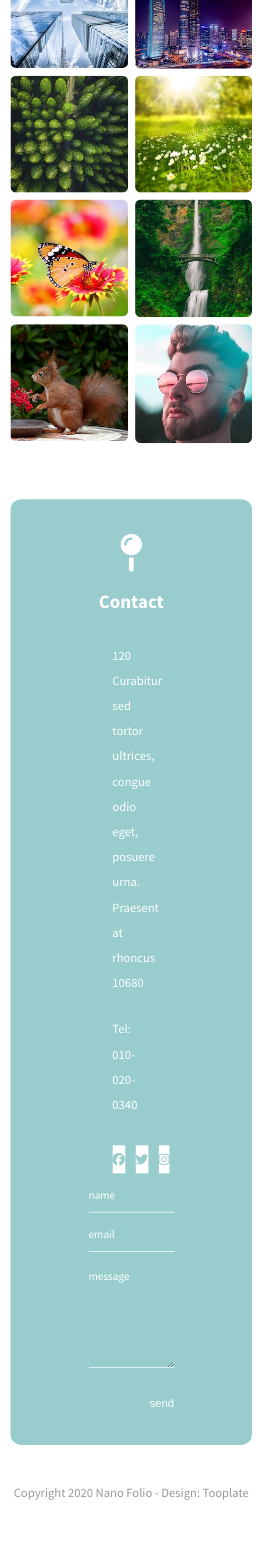
Repository: BuiVanVu102/Tooplate
Page: index.html
These files come from the project's save history. The page is drawn as it stood at one moment and after the next save; the edit follows.
The browser window is 375 px wide. The pictures show the part of the page from y = 1973 to 4213 px (the page is 4183 px tall before and 4213 px after), at 70% of full size.
Some web libraries are served in a nearby version. The style sheet was rebuilt from its Sass, Less or Tailwind sources for each picture, by a compiler version that may differ from the author's.

Above is the page before, as saved 2021-11-17 13:34:52.

### index.html
<!DOCTYPE html>
<html lang="en">
<head>
	<meta charset="UTF-8">
	<meta http-equiv="X-UA-Compatible" content="IE=edge">
	<meta name="viewport" content="width=device-width, initial-scale=1.0">
	<link rel="preconnect" href="https://fonts.googleapis.com">
	<link rel="preconnect" href="https://fonts.gstatic.com" crossorigin>
	<link href="https://fonts.googleapis.com/css2?family=Source+Sans+Pro:wght@400;700&display=swap" rel="stylesheet">
	<link rel="stylesheet" href="./css/app.css">
	<title>Nano Folio - Live View</title>
</head>
<body>
		<div class="wrapper">
			<main>
				<section class="first">
					<div class="container">
						<div class="first__container">
							<i class="fas fa-heart fa-3x"></i>
							<h1 class="first__name">Nano Folio</h1>
						</div>
					</div>
				</section>
				<section class="about">
					<div class="container">
						<div class="about__container">
							<div class="about__heading">
								<i class="fas fa-users fa-2x"></i>
								<h2 class="about__name">
									About Us
								</h2>
							</div>
							<div class="about__desc">
								<p class="about__typography1">
									Nano Folio is simple HTML template with a minimal very light-weight custom CSS file. Max content width is 940 pixels. You can easily change the width or any part in this template. Gallery comes with a pop-up image and simple categories.
								</p>
								<p class="about__typography2">
									Please support Tooplate website by telling your friends about it. That is going to be very helpful for us. Feel free to <a rel="nofollow" href="https://www.tooplate.com/contact" target="_blank" style="color: #99FF66;">message us</a>  via email or live chat if you have anything to say.
								</p>
							</div>
						</div>
					</div>
				</section>
				<section class="show">
					<div class="container">
						<div class="show__container">
							<div class="show__header">
								<ul class="menu">
									<li class="menu__item"><a href="#!">City</a></li>
									<li class="menu__item"><a href="#!">Nature</a></li>
									<li class="menu__item"><a href="#!">Portraits</a></li>
									<li class="menu__item"><a href="#!">Show All</a></li>
								</ul>
							</div>
							<div class="show__list">
								<div class="show__img">
									<img src="./images/city-1.jpg" alt="">
								</div>
								<div class="show__img">
									<img src="./images/human-1.jpg" alt="">
								</div>
								<div class="show__img">
									<img src="./images/city-2.jpg" alt="">
								</div>
								<div class="show__img">
									<img src="./images/nature-1.jpg" alt="">
								</div>
								<div class="show__img">
									<img src="./images/city-3.jpg" alt="">
								</div>
								<div class="show__img">
									<img src="./images/city-4.jpg" alt="">
								</div>
								<div class="show__img">
									<img src="./images/nature-2.jpg" alt="">
								</div>
								<div class="show__img">
									<img src="./images/nature-3.jpg" alt="">
								</div>
								<div class="show__img">
									<img src="./images/nature-4.jpg" alt="">
								</div>
								<div class="show__img">
									<img src="./images/nature-5.jpg" alt="">
								</div>
								<div class="show__img">
									<img src="./images/nature-6.jpg" alt="">
								</div>
								<div class="show__img">
									<img src="./images/human-2.jpg" alt="">
								</div>

							</div>
						</div>
					</div>
				</section>
				<section class="form">
					<div class="container">
						<div class="form__container">
							<div class="form__submit">
								<input type="text" name="" id="" placeholder="name">
								<input type="email" name="" id="" placeholder="email">
								<textarea name="" id="" cols="30" rows="10" placeholder="message"></textarea>
								<button type="submit">send</button>
							</div>
							<div class="form__info">
								<address class="form__adress">120 Curabitur sed tortor ultrices, congue odio eget, posuere urna. Praesent at rhoncus 10680</address>
								<div class="form__phone">
									Tel: <a href="tel:0100200340" class="form__phone-link">010-020-0340</a>
								</div>
								<div class="form__network">
									<a href="https://facebook.com"><i class="fab fa-facebook"></i></a>
									<a href="https://twitter.com"><i class="fab fa-twitter"></i></a>
									<a href="https://instagram.com"><i class="fab fa-instagram"></i></a>

								</div>
							</div>
							<div class="form__contact">
								<i class="fas fa-map-pin fa-3x"></i>
								<h2 class="form__contact-text">
									Contact
								</h2>
							</div>
						</div>
					</div>
				</section>
			</main>
			<footer class="footer">
				<div class="container">
					<div class="footer__container">

					Copyright 2020 Nano Folio - Design: <a rel="sponsored" href="https://www.tooplate.com" class="footer__link">Tooplate</a>
					</div>
				</div>
			</footer>
		</div>
		<script src="https://kit.fontawesome.com/33b4a28a88.js" crossorigin="anonymous"></script>
</body>
</html>

### sass/app.scss
@import 'variable';
@import 'reset';
@import 'global';
@import 'first';
@import 'about';
@import 'show';
@import 'form';
@import 'footer';

### sass/_variable.scss
$font: 'Source Sans Pro', sans-serif;
$text-color: #ffff;
$title-color: #38cccc;

### sass/_reset.scss
html {
	box-sizing: border-box;
  }
  * {
	margin: 0;
	padding: 0;
  }
  *,
  *:before,
  *:after {
	box-sizing: border-box;
  }
  input,
  textarea,
  select,
  button {
	outline: none;
  }
  input {
	line-height: normal;
  }
  label,
  button {
	cursor: pointer;
  }
  a {
	text-decoration: none;
  }
  img {
	display: block;
	max-width: 100%;
  }

### sass/_global.scss
body {
	line-height: 2em;
	color: $font;
	font-size: 18px;
	font-family: $font;
	font-weight: 400;
	background-color: white;
	overflow-x: hidden;
}

.wrapper {
	max-width: 100%;
	margin: 0 auto;
}
.container {
	width: 100%;
	max-width: 970px;
	margin: 0 auto;
	padding: 0px 15px;
}

### sass/_first.scss
.first {
	margin-top: 60px;
	&__container{
		display: flex;
		flex-direction: column;
		justify-content: center;
		align-items: center;
		border-radius: 15px;
		max-width: 940px;
		height: 470px;
		background-color: #f96699;
		color: white;
		margin-bottom: 50px;

	}
	&__name {
		margin: 22px 0;
	}
}
.fa-hear:before {
	content: "\f004";
}

### sass/_about.scss
.about {
	margin-top: 0px;
	&__container {
		display: flex;
		// justify-content: center;
		// align-items: center
		padding: 50px 50px;
		margin-bottom: 80px;

		min-height: 482px;
		max-width: 940px;
		background-color: #38cccc;
		color: white;

		border-radius: 15px;
	}
	&__heading {
		display: flex;
		flex-direction: column;
		align-items: center;
		justify-content: center;

		// min-width: 420px;
		min-width: 50%;
		// min-height:382px;
	}
	&__name {
		margin:  22px 0;
		font-size: 1.5em;
		font-weight: bold;
	}
	&__decs {
		display: block;
		min-width: 50%;
	}
	&__typography1 {
		margin: 18px 0 40px;

		margin-block-start: 1em;
		margin-block-end: 1em;
		margin-inline-start: 0px;
		margin-inline-end: 0px;
	}
	&__typography2 {
		margin: 18px 0 0;

		margin-block-start: 1em;
		margin-block-end: 1em;
		margin-inline-start: 0px;
		margin-inline-end: 0px;
	}
}
.fa-user:before {
	content: "\f0c0";
}
@media screen and (max-width: 545px) {
	.about__container {
		display: flex;
		flex-direction: column;
	}
}

@media screen and (max-width: 375px) {

	.about__container {
		display: flex;
		flex-direction: column;

	}
}

### sass/_show.scss
.show {
	margin-bottom: 80px;
	&__container {
		display: block;
	}
	&__header {
		display: flex;
		justify-content: flex-end;
		align-items: center;
		margin-bottom: 40px;
		color: #38CCCC;
	}
	&__list {
		display: grid;
		grid-template-columns: repeat(4, 1fr);
		gap: 20px;

		position: relative;
	}
	&__img img{
		width: auto;
		height: auto;
		border-radius: 0.5rem;
	}

}

.menu {
	list-style: none;
	display: flex;
	align-items: center;
	gap:40px ;


	&__item a {
		color: inherit;
		font-size: 18px;
	}
	&__item a:focus{
		color: #f96699;
	}
}
@media screen and (max-width: 768px) {
	.show__header {
		display: flex;
		justify-content: flex-start;
	}
	.show__list {
		display: grid;
		grid-template-columns: repeat(3, 1fr);
		gap: 15px 15px;

	}
	.menu {
		margin-left: 36px;
	}

}
@media screen and (max-width: 545px) {
	.show__list {
		display: grid;
		grid-template-columns: repeat(2, 1fr);
		gap: 15px 15px;
	}
}

@media screen and (max-width: 375px) {
	.show__header {
		display: flex;

	}
	.show__list {
		display: grid;
		grid-template-columns: repeat(2, 1fr);
		gap: 10px 10px;
	}
	.show__img img{
		width: auto;
		height: auto;
	}
}

### sass/_form.scss
.form {
	margin-bottom: 50px;
	&__container {
		display: flex;
		justify-content: space-between;
		align-self: center;

		width: 100%;
		min-height: 438px;

		color: white;
		background-color: #99CCCC;

		padding: 50px 20px;

		border-radius: 15px;
	}
	&__submit {
		display: block;
		width: 40%;
	}
	&__submit  input{
		display: block;
		font-family: $font;
		font-size: 1rem;
		background: transparent;
		color: white;
		border: 0;
		border-bottom: 1px solid white;
		padding: 15px 0;
		margin-top: 5px;
		margin-bottom: 5px;
		width: 100%;
	}
	&__submit textarea {
		font-family: $font;
		font-size: 1rem;
		background:transparent;
		border: 0;
		border-bottom: 1px solid white;
		color: white;
		padding: 15px 0;
		margin: 5px 0 30px;
		max-width: 100%;
		max-height: 156px;
	}
	&__submit input:focus-visible {
		outline-offset: 0px;
		outline: -webkit-focus-color auto 1px;
		outline-color: -webkit-focus-ring-color;
		outline-style: auto;
		outline-width: 1px;
	}
	&__submit textarea:focus-visible {
		outline-offset: 0px;
		outline: -webkit-focus-ring-color auto 1px;
		outline-color: -webkit-focus-ring-color;
		outline-style: auto;
		outline-width: 1px;
	}
	&__submit button {
		display: block;

		background: none;
		color: white;
		font-size: 1rem;
		border: 0;
		cursor: pointer;
		transition: all 0.3s ease;

		margin-left: auto;
		margin-right: 0;
	}
	&__submit button:hover {
		color: black;
	}
	&__submit button:focus-visible {
		outline-offset: 0px;
		outline: -webkit-focus-ring-color auto 1px;
		outline-color: -webkit-focus-ring-color;
		outline-style: auto;
		outline-width: 1px;
	}
	&__info {
		display: block;

		width: 40%;
		padding: 20px 34px 0;
	}
	&__adress{
		display: block;
		margin-bottom: 30px;
		font-style: normal;
		font-size: 18px;

		max-width: 292px;
	}
	&__phone {
		display: block;
		margin-bottom: 40px;
		color: white;
		&-link {
			color: inherit;
			transition: all 0.3s ease;
		}
		&-link:hover {
			color: #38CCCC;
		}
	}
	&__network {
		display: flex;

	}
	&__network a {
		display: flex;
		justify-content: center;
		align-items: center;

		height: 40px;
		width: 40px;

		background-color: #ffff;
		margin-right: 15px;

		color: #99cccc;
		transition: all 0.3s ease;
	}
	&__network a:hover {
		color: #30ADAD;
	}
	&__contact {
		display: flex;
		flex-direction: column;
		align-items: center;
		justify-content: center;

		width: 20%;
		padding: 0 34px;
		&-text {
			display: block;
			margin: 22.4px;
			font-size: 1.5em;
			font-weight: bold;

		}
	}
}
::placeholder {
	color: white;

}

.fa-facebook:before {
	content: "\f09a";
}
.fa-twitter:before {
    content: "\f099";
}
.fa-instagram:before {
    content: "\f16d";
}
.fa-map-pin:before {
    content: "\f276";
}

@media screen and (max-width: 545px) {
	.form__container {
		display: flex;
		flex-direction: column-reverse;
		justify-content: center;
		align-items: center;

		width: 100%;
	}
}

@media screen and (max-width: 375px) {
	.form__container {
		display: flex;
		flex-direction: column-reverse;
		justify-content: center;
		align-items: center;
		padding: 50px 20px;
	}
}

### sass/_footer.scss
.footer {
	margin-bottom: 60px;
	&__container {
		display: block;
		color: #999999;
		text-align: center;
	}
	&__link {
		color:#999999;
		transition: all 0.3s ease;
	}
	&__link:hover {
		color: #38CCCC;
	}

}

After the next save:
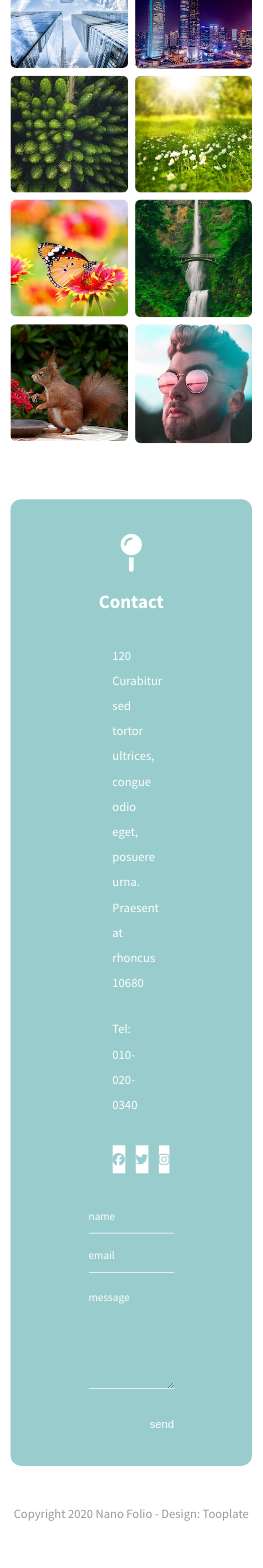
Saved 2 min 5 s later.
--- a/sass/_form.scss
+++ b/sass/_form.scss
@@ -172,6 +172,11 @@
 
 		width: 100%;
 	}
+	.form__info {
+		display: block;
+
+		margin-bottom: 30px;
+	}
 }
 
 @media screen and (max-width: 375px) {
